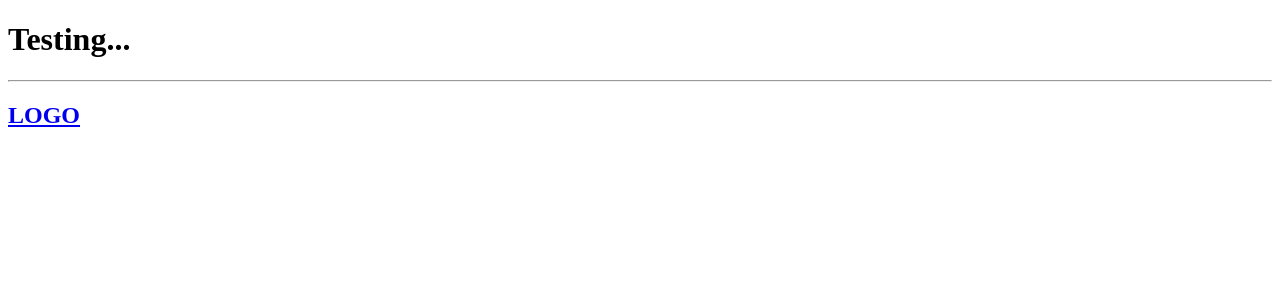
Repository: MarcioFreitasUFSC21/Proejct00
Page: ExampleSite/Assets/index2.html
These files come from the project's save history. The page is drawn as it stood at one moment and after the next save; the edit follows.
The browser window is 1280 px wide. The pictures show the whole page.

Above is the page before, as saved 2023-03-18 17:02:46.

After the next save:
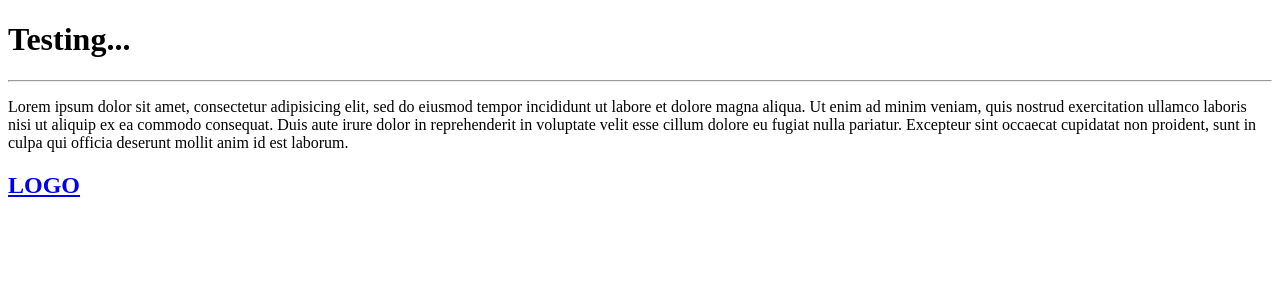
Saved 4 s later.
--- a/ExampleSite/Assets/index2.html
+++ b/ExampleSite/Assets/index2.html
@@ -9,7 +9,9 @@
 <body>
     <h1> Testing... </h1>
     <hr>
-
+    <p>
+        Lorem ipsum dolor sit amet, consectetur adipisicing elit, sed do eiusmod tempor incididunt ut labore et dolore magna aliqua. Ut enim ad minim veniam, quis nostrud exercitation ullamco laboris nisi ut aliquip ex ea commodo consequat. Duis aute irure dolor in reprehenderit in voluptate velit esse cillum dolore eu fugiat nulla pariatur. Excepteur sint occaecat cupidatat non proident, sunt in culpa qui officia deserunt mollit anim id est laborum.
+    </p>
     <section>
         <div>
             <h1><a href="#">LOGO </a></h1>

After the 2 saves that followed:
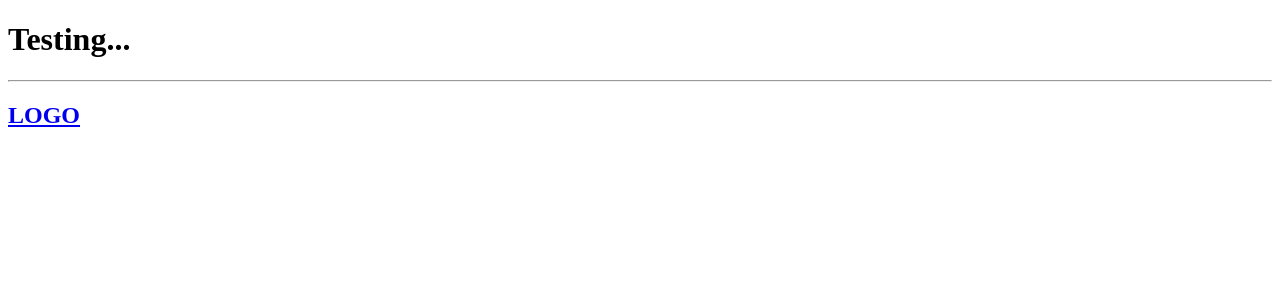
The 2 saves are shown as one change because they came seconds apart.
The last was saved 32 s later.
--- a/ExampleSite/Assets/index2.html
+++ b/ExampleSite/Assets/index2.html
@@ -9,9 +9,6 @@
 <body>
     <h1> Testing... </h1>
     <hr>
-    <p>
-        Lorem ipsum dolor sit amet, consectetur adipisicing elit, sed do eiusmod tempor incididunt ut labore et dolore magna aliqua. Ut enim ad minim veniam, quis nostrud exercitation ullamco laboris nisi ut aliquip ex ea commodo consequat. Duis aute irure dolor in reprehenderit in voluptate velit esse cillum dolore eu fugiat nulla pariatur. Excepteur sint occaecat cupidatat non proident, sunt in culpa qui officia deserunt mollit anim id est laborum.
-    </p>
     <section>
         <div>
             <h1><a href="#">LOGO </a></h1>
